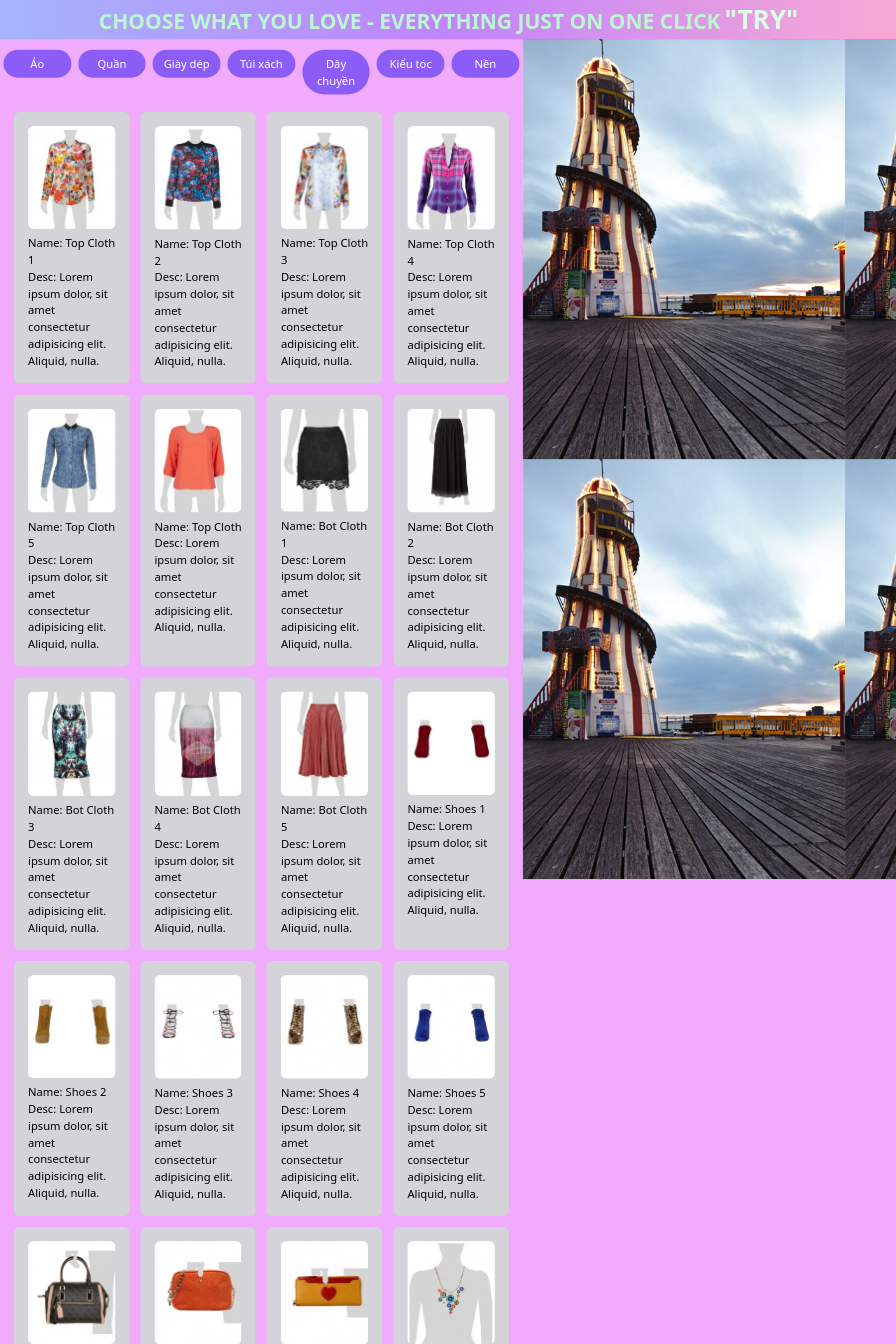
Repository: NguyenVietPhuQuy/ReactJs-TailWind-Redux-FunctionHook-ModelDesign
Page: / (app in modeldesign/)
These files come from the project's save history. The page is drawn as it stood at one moment and after the next save; the edit follows.
The browser window is 1280 px wide. The pictures show the part of the page from y = 0 to 1920 px (the page is 3468 px tall), at 70% of full size.
The project was rebuilt for these pictures with package versions that can differ from the ones it lists, and the page was loaded fresh each time. Also part of the build but not shown: modeldesign/src/App.css, modeldesign/src/Components/Model.module.css.

Above is the page before, as saved 2022-11-17 16:34:23.

### modeldesign/public/index.html
<!DOCTYPE html>
<html lang="en">
  <head>
    <meta charset="utf-8" />
    <link rel="icon" href="%PUBLIC_URL%/favicon.ico" />
    <meta name="viewport" content="width=device-width, initial-scale=1" />
    <meta name="theme-color" content="#000000" />
    <meta
      name="description"
      content="Web site created using create-react-app"
    />
    <!--bootstrap-->
    <link rel="stylesheet" href="https://cdnjs.cloudflare.com/ajax/libs/bootstrap/5.2.2/js/bootstrap.min.js">
    <link rel="apple-touch-icon" href="%PUBLIC_URL%/logo192.png" />
    <!--
      manifest.json provides metadata used when your web app is installed on a
      user's mobile device or desktop. See https://developers.google.com/web/fundamentals/web-app-manifest/
    -->
    <link rel="manifest" href="%PUBLIC_URL%/manifest.json" />
    <!--
      Notice the use of %PUBLIC_URL% in the tags above.
      It will be replaced with the URL of the `public` folder during the build.
      Only files inside the `public` folder can be referenced from the HTML.

      Unlike "/favicon.ico" or "favicon.ico", "%PUBLIC_URL%/favicon.ico" will
      work correctly both with client-side routing and a non-root public URL.
      Learn how to configure a non-root public URL by running `npm run build`.
    -->
    <title>React App</title>
  </head>
  <body>
    <noscript>You need to enable JavaScript to run this app.</noscript>
    <div id="root"></div>
    <!--
      This HTML file is a template.
      If you open it directly in the browser, you will see an empty page.

      You can add webfonts, meta tags, or analytics to this file.
      The build step will place the bundled scripts into the <body> tag.

      To begin the development, run `npm start` or `yarn start`.
      To create a production bundle, use `npm run build` or `yarn build`.
    -->
  </body>
</html>

### modeldesign/src/index.js
import React from 'react';
import ReactDOM from 'react-dom/client';
import './index.css';
import App from './App';
import reportWebVitals from './reportWebVitals';
import {Provider} from 'react-redux'
import store from './Components/Reducer/Store';
const root = ReactDOM.createRoot(document.getElementById('root'));
root.render(
  <React.StrictMode>
    <Provider store ={store}>
    <App/>
    </Provider>
  </React.StrictMode>
);

// If you want to start measuring performance in your app, pass a function
// to log results (for example: reportWebVitals(console.log))
// or send to an analytics endpoint. Learn more: https://bit.ly/CRA-vitals
reportWebVitals();

### modeldesign/src/App.js
import React from 'react';
import './App.css';
import Home from './Components/Home.js'
function App() {
  return (
    <div>
      <Home/>
    </div>
  );
}

export default App;

### modeldesign/src/Components/Reducer/Store.js
import {createStore} from "redux"
import rootReducer from "./RootReducer"

const store = createStore(rootReducer,window.__REDUX_DEVTOOLS_EXTENSION__ && window.__REDUX_DEVTOOLS_EXTENSION__())
export default store

### modeldesign/src/Components/Home.js
import React from "react";
import Header from './Header.js'
import Category from "./Category.js";
import ProductList from "./ProductList.js";
import Model from "./Model.js";
function Home() {
    return (
        <div className="container mx-auto relative bg-fuchsia-300">
            <section className=
            " bg-gradient-to-r from-indigo-300 via-purple-400 to-pink-300 w-full ring-2 ring-transparent">
                    <Header/>
            </section>
            <section className="main flex flex-row">
                <div className="basis-7/12">
                    <Category/>
                    <ProductList/>
                </div>
                <div className="basis-5/12">
                    <Model />
                </div>
            </section>
        </div>
    )
}
export default Home

### modeldesign/src/Components/Reducer/RootReducer.js
import { combineReducers } from "redux";
import ProductReducer from './ProductReducer'
import CategoryReducer from './CategoryReducer'

const RootReducer = combineReducers({
    products: ProductReducer,
    categories: CategoryReducer,

})

export default RootReducer

### modeldesign/src/Components/Header.js
import React from "react";
import 'animate.css'
function Header(){
    return (
        <div className="text-center text-3xl p-2 font-semibold text-green-200 ">
            CHOOSE WHAT YOU LOVE - EVERYTHING JUST ON ONE CLICK <span className="text-green-100 font-bold text-4xl animate__animated animate__pulse animate__infinite inline-block">"TRY" </span>
        </div>
    )
}
export default Header

### modeldesign/src/Components/Category.js
import React from "react";
import { useSelector } from 'react-redux'


function Category(props) {
    const returnValue = useSelector(state => state.categories.category)
    return (
        <div className=" flex flex-row w-full">
            {returnValue.map((item) => {
                return (
                    <div key={item.tabName}className="w-1/2" style={{marginTop: 10, padding:5}}>
                        <button className="p-2 w-full rounded-full text-white hover:text-pink-100
                         bg-violet-500 hover:bg-violet-600 active:bg-violet-700 focus:outline-none
                         ease-in duration-200"
                         style={{ outline:"none",border: "none"}} >
                            {item.showName}
                        </button>
                    </div>
                )
            })}
        </div>
    )
}

export default Category

### modeldesign/src/Components/ProductList.js
import React from "react";
import { useSelector } from "react-redux";
function ProductList() {
    const productList = useSelector(state => state.products.product)
    console.log(productList)
    return (
        <div className="grid grid-cols-4 gap-4 m-5 text-left">
            {productList.map(item => {
                return (
                    <div className="card hover:bg-zinc-400  bg-zinc-300 rounded-lg p-5 ease-in duration-100">
                        <img alt="" src={item.imgSrc_jpg}  className="rounded-lg flex-shrink-0 w-full"></img>
                        <div className="mt-2">
                        <span style={{display:"block"}}>Name: {item.name}</span>
                        <span style={{display:"block"}}>Desc: {item.desc}</span>
                        </div>
                    </div>
                )
            })}
        </div>)
}
export default ProductList

### modeldesign/src/Components/Model.js
import React from "react";
import './Model.module.css'
function Model(){
    return(
      <div className="contain " style={{ backgroundImage: `url(/images/background/background1.jpg)`,height:1200 }}>
        <div className="body" style={{ backgroundImage: "url(images/allbody/bodynew.png)" }} />
        <div className="model" style={{ backgroundImage: "url(images/model/1000new.png)" }} />
        <div className="bikinitop" style={{ backgroundImage: `url(/images/allbody/bikini_bra.png)` }} />
        <div className="bikinitop top-cloth" style={{ backgroundImage: `url(/images/clothes/topcloth1.png)` }} />
        <div className="bikinibottom" style={{ backgroundImage: "url(images/allbody/bikini_pantsnew.png)" }} />
        <div className="bikinitop bot-cloth" style={{ backgroundImage: `url(modeldesign/public/images/clothes/botcloth3.png)` }} />
        <div className="feetleft" style={{ backgroundImage: "url(images/allbody/feet_high_leftnew.png)" }} />
        <div className="feetright" style={{ backgroundImage: "url(images/allbody/feet_high_rightnew.png)" }} />
        <div className="shoes" style={{ backgroundImage: `url(modeldesign/public/images/shoes/shoes1.png)` }} />
      </div>)
}
export default Model

### modeldesign/src/Components/Reducer/ProductReducer.js

const initialState = {
    product: [{
        id: 'topcloth_1',
        type: "topclothes",
        name: "Top Cloth 1",
        desc: "Lorem ipsum dolor, sit amet consectetur adipisicing elit. Aliquid, nulla.",
        imgSrc_jpg: 'images/clothes/topcloth1_show.jpg',
        imgSrc_png: 'images/clothes/topcloth1.png',
    },
    {
        id: 'topcloth_2',
        type: "topclothes",
        name: "Top Cloth 2",
        desc: "Lorem ipsum dolor, sit amet consectetur adipisicing elit. Aliquid, nulla.",
        imgSrc_jpg: 'images/clothes/topcloth2_show.jpg',
        imgSrc_png: 'images/clothes/topcloth2.png',
    },
    {
        id: 'topcloth_3',
        type: "topclothes",
        name: "Top Cloth 3",
        desc: "Lorem ipsum dolor, sit amet consectetur adipisicing elit. Aliquid, nulla.",
        imgSrc_jpg: 'images/clothes/topcloth3_show.jpg',
        imgSrc_png: 'images/clothes/topcloth3.png',
    },
    {
        id: 'topcloth_4',
        type: "topclothes",
        name: "Top Cloth 4",
        desc: "Lorem ipsum dolor, sit amet consectetur adipisicing elit. Aliquid, nulla.",
        imgSrc_jpg: 'images/clothes/topcloth4_show.jpg',
        imgSrc_png: 'images/clothes/topcloth4.png',
    },
    {
        id: 'topcloth_5',
        type: "topclothes",
        name: "Top Cloth 5",
        desc: "Lorem ipsum dolor, sit amet consectetur adipisicing elit. Aliquid, nulla.",
        imgSrc_jpg: 'images/clothes/topcloth5_show.jpg',
        imgSrc_png: 'images/clothes/topcloth5.png',
    },
    {
        id: 'topcloth_6',
        type: "topclothes",
        name: "Top Cloth ",
        desc: "Lorem ipsum dolor, sit amet consectetur adipisicing elit. Aliquid, nulla.",
        imgSrc_jpg: 'images/clothes/topcloth6_show.jpg',
        imgSrc_png: 'images/clothes/topcloth6.png',
    },

    // Both clothes
    {
        id: 'botcloth_1',
        type: "botclothes",
        name: "Bot Cloth 1",
        desc: "Lorem ipsum dolor, sit amet consectetur adipisicing elit. Aliquid, nulla.",
        imgSrc_jpg: 'images/clothes/botcloth1_show.jpg',
        imgSrc_png: 'images/clothes/botcloth1.png',
    },
    {
        id: 'botcloth_2',
        type: "botclothes",
        name: "Bot Cloth 2",
        desc: "Lorem ipsum dolor, sit amet consectetur adipisicing elit. Aliquid, nulla.",
        imgSrc_jpg: 'images/clothes/botcloth2_show.jpg',
        imgSrc_png: 'images/clothes/botcloth2.png',
    },
    {
        id: 'botcloth_3',
        type: "botclothes",
        name: "Bot Cloth 3",
        desc: "Lorem ipsum dolor, sit amet consectetur adipisicing elit. Aliquid, nulla.",
        imgSrc_jpg: 'images/clothes/botcloth3_show.jpg',
        imgSrc_png: 'images/clothes/botcloth3.png',
    },
    {
        id: 'botcloth_4',
        type: "botclothes",
        name: "Bot Cloth 4",
        desc: "Lorem ipsum dolor, sit amet consectetur adipisicing elit. Aliquid, nulla.",
        imgSrc_jpg: 'images/clothes/botcloth4_show.jpg',
        imgSrc_png: 'images/clothes/botcloth4.png',
    },
    {
        id: 'botcloth_5',
        type: "botclothes",
        name: "Bot Cloth 5",
        desc: "Lorem ipsum dolor, sit amet consectetur adipisicing elit. Aliquid, nulla.",
        imgSrc_jpg: 'images/clothes/botcloth5_show.jpg',
        imgSrc_png: 'images/clothes/botcloth5.png',
    },

    // Shoes
    {
        id: 'shoes_1',
        type: "shoes",
        name: "Shoes 1",
        desc: "Lorem ipsum dolor, sit amet consectetur adipisicing elit. Aliquid, nulla.",
        imgSrc_jpg: 'images/shoes/shoes1_show.jpg',
        imgSrc_png: 'images/shoes/shoes1.png',
    },
    {
        id: 'shoes_2',
        type: "shoes",
        name: "Shoes 2",
        desc: "Lorem ipsum dolor, sit amet consectetur adipisicing elit. Aliquid, nulla.",
        imgSrc_jpg: 'images/shoes/shoes2_show.jpg',
        imgSrc_png: 'images/shoes/shoes2.png',
    },
    {
        id: 'shoes_3',
        type: "shoes",
        name: "Shoes 3",
        desc: "Lorem ipsum dolor, sit amet consectetur adipisicing elit. Aliquid, nulla.",
        imgSrc_jpg: 'images/shoes/shoes3_show.jpg',
        imgSrc_png: 'images/shoes/shoes3.png',
    },
    {
        id: 'shoes_4',
        type: "shoes",
        name: "Shoes 4",
        desc: "Lorem ipsum dolor, sit amet consectetur adipisicing elit. Aliquid, nulla.",
        imgSrc_jpg: 'images/shoes/shoes4_show.jpg',
        imgSrc_png: 'images/shoes/shoes4.png',
    },
    {
        id: 'shoes_5',
        type: "shoes",
        name: "Shoes 5",
        desc: "Lorem ipsum dolor, sit amet consectetur adipisicing elit. Aliquid, nulla.",
        imgSrc_jpg: 'images/shoes/shoes5_show.jpg',
        imgSrc_png: 'images/shoes/shoes5.png',
    },

    // Handbags
    {
        id: 'handbag_1',
        type: "handbags",
        name: "Handbag 1",
        desc: "Lorem ipsum dolor, sit amet consectetur adipisicing elit. Aliquid, nulla.",
        imgSrc_jpg: 'images/handbags/handbag1_show.jpg',
        imgSrc_png: 'images/handbags/handbag1.png',
    },
    {
        id: 'handbag_2',
        type: "handbags",
        name: "Handbag 2",
        desc: "Lorem ipsum dolor, sit amet consectetur adipisicing elit. Aliquid, nulla.",
        imgSrc_jpg: 'images/handbags/handbag2_show.jpg',
        imgSrc_png: 'images/handbags/handbag2.png',
    },
    {
        id: 'handbag_3',
        type: "handbags",
        name: "Handbag 3",
        desc: "Lorem ipsum dolor, sit amet consectetur adipisicing elit. Aliquid, nulla.",
        imgSrc_jpg: 'images/handbags/handbag3_show.jpg',
        imgSrc_png: 'images/handbags/handbag3.png',
    },

    // Necklaces
    {
        id: 'necklace_1',
        type: "necklaces",
        name: "Necklace 1",
        desc: "Lorem ipsum dolor, sit amet consectetur adipisicing elit. Aliquid, nulla.",
        imgSrc_jpg: 'images/necklaces/necklace1_show.jpg',
        imgSrc_png: 'images/necklaces/necklace1.png',
    },
    {
        id: 'necklace_2',
        type: "necklaces",
        name: "Necklace 2",
        desc: "Lorem ipsum dolor, sit amet consectetur adipisicing elit. Aliquid, nulla.",
        imgSrc_jpg: 'images/necklaces/necklace2_show.jpg',
        imgSrc_png: 'images/necklaces/necklace2.png',
    },
    {
        id: 'necklace_3',
        type: "necklaces",
        name: "Necklace 3",
        desc: "Lorem ipsum dolor, sit amet consectetur adipisicing elit. Aliquid, nulla.",
        imgSrc_jpg: 'images/necklaces/necklace3_show.jpg',
        imgSrc_png: 'images/necklaces/necklace3.png',
    },

    // Hairstyle
    {
        id: 'hairstyle_1',
        type: "hairstyle",
        name: "Hairstyle 1",
        desc: "Lorem ipsum dolor, sit amet consectetur adipisicing elit. Aliquid, nulla.",
        imgSrc_jpg: 'images/hairstyle/hairstyle1_show.jpg',
        imgSrc_png: 'images/hairstyle/hairstyle1.png',
    },
    {
        id: 'hairstyle_2',
        type: "hairstyle",
        name: "Hairstyle 2",
        desc: "Lorem ipsum dolor, sit amet consectetur adipisicing elit. Aliquid, nulla.",
        imgSrc_jpg: 'images/hairstyle/hairstyle2_show.jpg',
        imgSrc_png: 'images/hairstyle/hairstyle2.png',
    },
    {
        id: 'hairstyle_3',
        type: "hairstyle",
        name: "Hairstyle 3",
        desc: "Lorem ipsum dolor, sit amet consectetur adipisicing elit. Aliquid, nulla.",
        imgSrc_jpg: 'images/hairstyle/hairstyle3_show.jpg',
        imgSrc_png: 'images/hairstyle/hairstyle3.png',
    },

    // Background
    {
        id: 'background_1',
        type: "background",
        name: "Background 1",
        desc: "Lorem ipsum dolor, sit amet consectetur adipisicing elit. Aliquid, nulla.",
        imgSrc_jpg: 'images/background/background1_show.jpg',
        imgSrc_png: 'images/background/background1.jpg',
    },
    {
        id: 'background_2',
        type: "background",
        name: "Background 2",
        desc: "Lorem ipsum dolor, sit amet consectetur adipisicing elit. Aliquid, nulla.",
        imgSrc_jpg: 'images/background/background2_show.jpg',
        imgSrc_png: 'images/background/background2.jpg',
    },
    {
        id: 'background_3',
        type: "background",
        name: "Background 3",
        desc: "Lorem ipsum dolor, sit amet consectetur adipisicing elit. Aliquid, nulla.",
        imgSrc_jpg: 'images/background/background3_show.jpg',
        imgSrc_png: 'images/background/background3.jpg',
    },
    {
        id: 'background_4',
        type: "background",
        name: "Background 4",
        desc: "Lorem ipsum dolor, sit amet consectetur adipisicing elit. Aliquid, nulla.",
        imgSrc_jpg: 'images/background/background4_show.jpg',
        imgSrc_png: 'images/background/background4.jpg',
    },
    {
        id: 'background_5',
        type: "background",
        name: "Background 5",
        desc: "Lorem ipsum dolor, sit amet consectetur adipisicing elit. Aliquid, nulla.",
        imgSrc_jpg: 'images/background/background5_show.jpg',
        imgSrc_png: 'images/background/background5.jpg',
    },
    {
        id: 'background_6',
        type: "background",
        name: "Background 6",
        desc: "Lorem ipsum dolor, sit amet consectetur adipisicing elit. Aliquid, nulla.",
        imgSrc_jpg: 'images/background/background6_show.jpg',
        imgSrc_png: 'images/background/background6.jpg',
    },
    {
        id: 'background_7',
        type: "background",
        name: "Background 7",
        desc: "Lorem ipsum dolor, sit amet consectetur adipisicing elit. Aliquid, nulla.",
        imgSrc_jpg: 'images/background/background7_show.jpg',
        imgSrc_png: 'images/background/background7.jpg',
    },
    ],
}
const ProductReducer = (state = initialState) => {
    return state
}

export default ProductReducer

### modeldesign/src/Components/Reducer/CategoryReducer.js
const initialState ={
    category: [
        { tabName: 'tabTopClothes', showName: 'Áo', type: 'topclothes' },
        { tabName: 'tabBotClothes', showName: 'Quần', type: 'botclothes' },
        { tabName: 'tabShoes', showName: 'Giày dép', type: 'shoes' },
        { tabName: 'tabHandBags', showName: 'Túi xách', type: 'handbags' },
        { tabName: 'tabNecklaces', showName: 'Dây chuyền', type: 'necklaces' },
        { tabName: 'tabHairStyle', showName: 'Kiểu tóc', type: 'hairstyle' },
        { tabName: 'tabBackground', showName: 'Nền', type: 'background' }
    ]
}
const CategoryReducer = (state=initialState) =>{
    return state
}
export default CategoryReducer

### modeldesign/src/Components/Model.css
.contain {
    width: 460px;
    height: 590px;
    margin: 0 auto;
    position: relative;
  }
  .body {
    width: 250px;
    height: 500px;
    position: absolute;
    top: 12%;
    left: 22%;
  }
  .bikinitop {
    width: 250px;
    height: 500px;
    position: absolute;
    top: 12%;
    left: 22%;
    z-index: 1;
  }
  .top-cloth {
    background-size: cover;
    z-index: 3;
  }

  .bikinibottom {
    width: 250px;
    height: 500px;
    position: absolute;
    top: 12%;
    left: 22%;
    z-index: 1;
  }

  .bot-cloth {
    background-size: cover;
    z-index: 3;
  }

  .model {
    width: 60px;
    height: 77px;
    position: absolute;
    top: 5%;
    left: 45.5%;
    z-index: 1;
  }

  .feetleft {
    width: 25px;
    height: 41px;
    position: absolute;
    bottom: 6.5%;
    left: 40.4%;
    z-index: 1;
  }

  .feetright {
    width: 25px;
    height: 41px;
    position: absolute;
    bottom: 6.5%;
    right: 33.3%;
    z-index: 1;
  }
  .shoes {
    width: 500px;
    height: 1000px;
    position: absolute;
    bottom: -40%;
    right: -3.5%;
    transform: scale(0.5);
    z-index: 1;
  }

  .hairstyle {
    width: 1000px;
    height: 1000px;
    position: absolute;
    top: -75%;
    right: -57%;
    transform: scale(0.16);
    z-index: 4;
  }

  .handbag {
    width: 500px;
    height: 1000px;
    position: absolute;
    bottom: -40.5%;
    right: -3.5%;
    transform: scale(0.5);
    z-index: 4;
  }

  .necklace {
    width: 500px;
    height: 1000px;
    position: absolute;
    bottom: -40%;
    right: -3.5%;
    transform: scale(0.5);
    z-index: 4;
  }

Loaded but not shown: modeldesign/src/index.css (common file); modeldesign/src/reportWebVitals.js (common file); modeldesign/tailwind.config.js (common file)

After the next save:
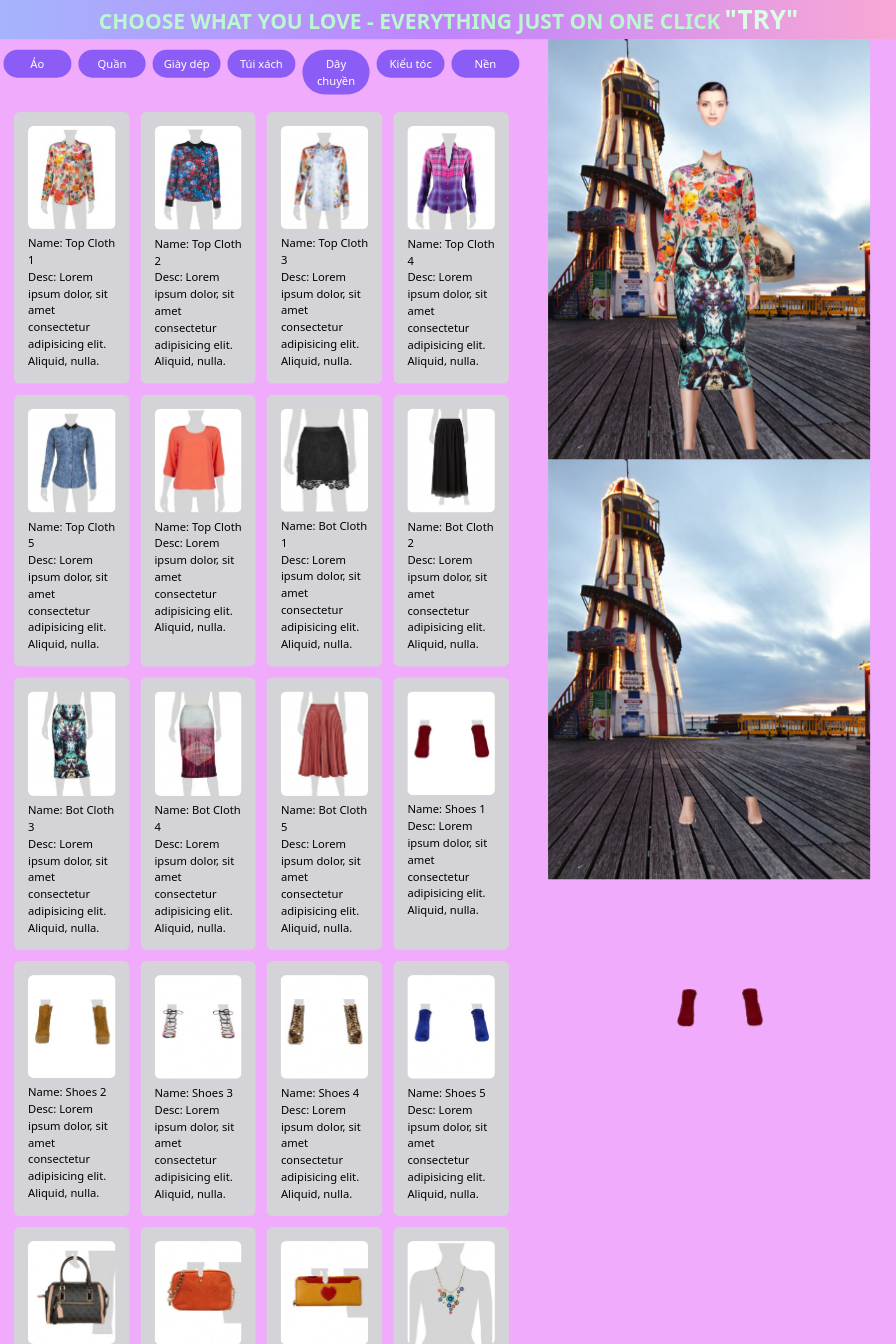
Saved 61 s later.
--- a/modeldesign/src/Components/Model.js
+++ b/modeldesign/src/Components/Model.js
@@ -1,5 +1,5 @@
 import React from "react";
-import './Model.module.css'
+import './Model.css'
 function Model(){
     return(
       <div className="contain " style={{ backgroundImage: `url(/images/background/background1.jpg)`,height:1200 }}>
